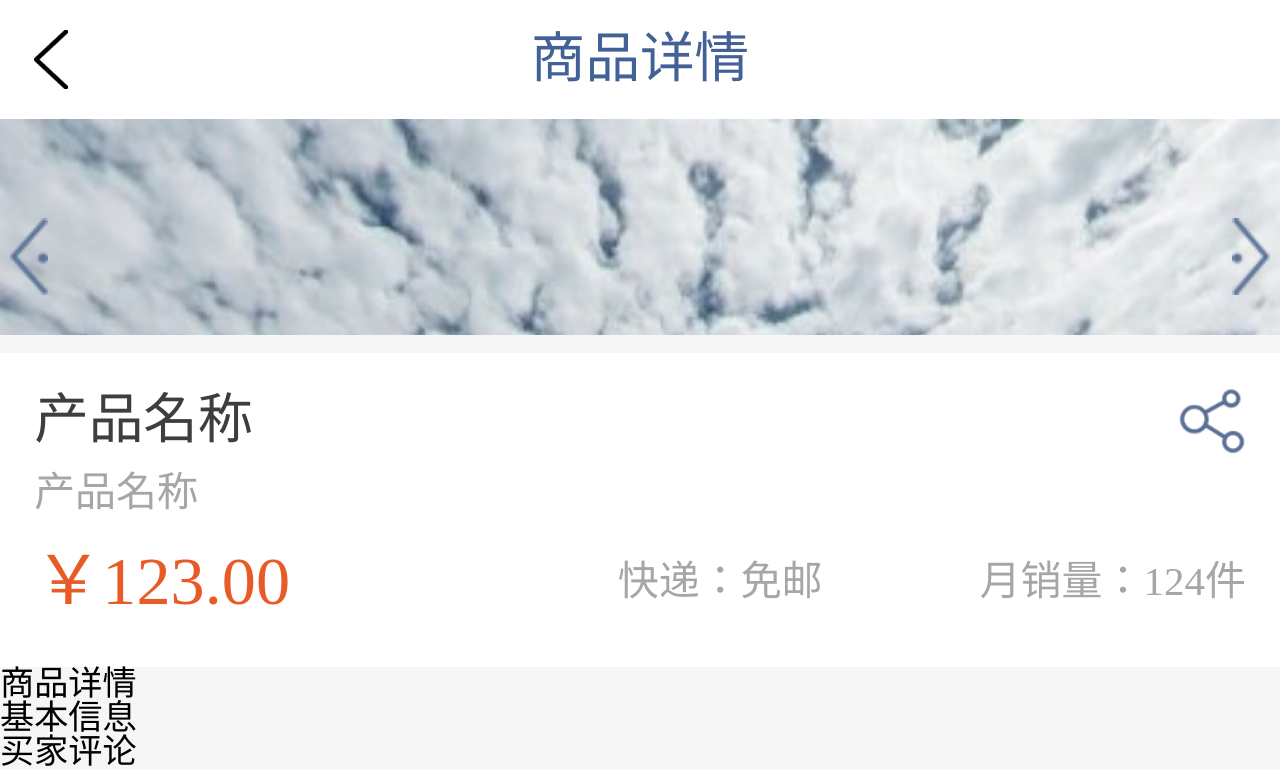
Repository: 421538074/sell
Page: consumer/goods-detail.html
These files come from the project's save history. The page is drawn as it stood at one moment and after the next save; the edit follows.
The browser window is 1280 px wide. The pictures show the whole page.

Above is the page before, as saved 2019-05-30 11:10:33.

### consumer/goods-detail.html
<!DOCTYPE html>
<html lang="en">

<head>
    <meta charset="UTF-8">
    <meta name="viewport" content="width=device-width, initial-scale=1.0">
    <meta http-equiv="X-UA-Compatible" content="ie=edge">
    <title>商品详情</title>
    <link rel="stylesheet" href="../css/base.css">
    <link rel="stylesheet" href="css/common.css">
    <link rel="stylesheet" href="../css/swiper.min.css">
    <link rel="stylesheet" href="css/goods-detail.css">
</head>

<body>
    <div id="app" class="content">
        <nav class="nav-bar-wrapper">
            <img src="../img/back.png" class="back-icon">
            <p class="nav-bar-title">商品详情</p>
        </nav>
        <div class="goods-pictures-wrapper">
            <div class="swiper-container ">
                <div class="swiper-wrapper">
                    <div class="swiper-slide" v-for="item in 5">
                        <img src="../img/1.jpg" class="slide-img" alt="">
                    </div>
                </div>
                <div class="swiper-button-next"></div>
                <div class="swiper-button-prev"></div>
            </div>
        </div>
        <div class="goods-detail-wrapper">
            <p class="main-title-wrapper">
                <span class="goods-title">产品名称</span>
                <img src="../img/share-icon.png" class="share-action-icon">
            </p>
            <p class="goods-title-desc">产品名称</p>
            <div class="goods-price-delivery">
                <p class="goods-price">￥123.00</p>
                <p class="delivery-fee">快递：免邮</p>
                <p class="sell-counts-month">月销量：124件</p>
            </div>
        </div>
        <div class="tab-bar-wrapper">
            <div @click="switchTab(0)" :class="{active:currentIndex == 0}" class="tab-bar-item">商品详情</div>
            <div @click="switchTab(1)" :class="{active:currentIndex == 1}" class="tab-bar-item">基本信息</div>
            <div @click="switchTab(2)" :class="{active:currentIndex == 2}" class="tab-bar-item">买家评论</div>
        </div>
    </div>
    <script src="../js/api.js"></script>
    <script src="../js/vue.js"></script>
    <script src="../js/swiper.min.js"></script>
    <script src="js/vue-mixin.js"></script>
    <script src="js/goods-detail.js"></script>
</body>

</html>

### css/base.css
/* http://meyerweb.com/eric/tools/css/reset/
   v2.0 | 20110126
   License: none (public domain)
*/

html,
body,
div,
span,
applet,
object,
iframe,
h1,
h2,
h3,
h4,
h5,
h6,
p,
blockquote,
pre,
a,
abbr,
acronym,
address,
big,
cite,
code,
del,
dfn,
em,
img,
ins,
kbd,
q,
s,
samp,
small,
strike,
strong,
sub,
sup,
tt,
var,
b,
u,
i,
center,
dl,
dt,
dd,
ol,
ul,
li,
fieldset,
form,
label,
legend,
table,
caption,
tbody,
tfoot,
thead,
tr,
th,
td,
article,
aside,
canvas,
details,
embed,
figure,
figcaption,
footer,
header,
hgroup,
menu,
nav,
output,
ruby,
section,
summary,
time,
mark,
audio,
video {
    margin: 0;
    padding: 0;
    border: 0;
    font-size: 100%;
    font: inherit;
    vertical-align: baseline;
}

/* HTML5 display-role reset for older browsers */
article,
aside,
details,
figcaption,
figure,
footer,
header,
hgroup,
menu,
nav,
section {
    display: block;
}

body {
    line-height: 1;
}

ol,
ul {
    list-style: none;
}

blockquote,
q {
    quotes: none;
}

blockquote:before,
blockquote:after,
q:before,
q:after {
    content: '';
    content: none;
}

table {
    border-collapse: collapse;
    border-spacing: 0;
}


body,
html {
    font-size: calc(100vw / 37.5);
    font-family: PingFangSC-Medium;
    background: #F2F2F2;
}


[v-cloak] {
    display: none;
}


hr {
    margin: 0;
    padding: 0;
}

.clearfix {
    zoom: 1;
}

.clearfix:after {
    content: ".";
    display: block;
    visibility: hidden;
    height: 0;
    clear: both;
}

[v-cloak] {
    display: none;
}

### consumer/css/common.css
*{
    box-sizing: border-box;
}
html,body{
    background: #f6f6f6;
}
html,body,div.content{
    height: 100%;
}
/*底部菜单栏*/
nav.tool-bar-wrapper {
    height: 3rem;
    background: #ffffff;
    display: flex;
    align-items: center;
    justify-content: space-around;
}
a.nav-item {
    color: #888888;
    text-decoration: none;
    font-size: 1.5rem;
    display: flex;
    flex-direction: column;
    align-items: center;
    justify-content: space-around;
    height: 90%;
}
a.nav-item.active{
    color: #0093FF;
}
img.nav-item-icon{
    width: 1.5rem;
    height: 1.5rem;
}
.ellipsis{
    overflow: hidden;
    white-space: nowrap;
    text-overflow: ellipsis;
}
/*顶部返回栏 */
nav.nav-bar-wrapper {
    background: #FFFFFF;
    height: 3.5rem;
    display: flex;
    align-items: center;
    justify-content: space-around;
    position: relative;
    font-size: 1.6rem;
    color: #426196;
}
img.back-icon {
    position: absolute;
    width: 1rem;
    left: 1rem;
}

### consumer/css/goods-detail.css
.goods-pictures-wrapper ,.swiper-container{
    max-height: 30vh;
    overflow: hidden;
}
img.slide-img{
    width: 100%;
    height: 100%;
}
.swiper-button-next, .swiper-button-prev,
.swiper-button-prev, .swiper-container-rtl .swiper-button-next{
    outline: 0;
}
.swiper-button-prev, .swiper-container-rtl .swiper-button-next{
    background-image: url(../../img/left-arrow.png);
    background-size: 100% auto;
}
.swiper-button-next, .swiper-container-rtl .swiper-button-prev {
    background-image: url(../../img/right-arrow.png);
    background-size: 100% auto;
}
.swiper-button-next, .swiper-button-prev {
    width: 3vw;
    height: 8vw;
}
.goods-detail-wrapper {
    margin-top: 0.5rem;
    background: #ffffff;
    padding: 1rem;
}
p.main-title-wrapper {
    color: #3E3E3E;
    font-size: 1.6rem;
    display: flex;
    align-items: center;
    justify-content: space-between;
}
img.share-action-icon {
    width: 2rem;
}
p.goods-title-desc {
    font-size: 1.2rem;
    color: #A6A6A6;
    padding: 0.5rem 0;
}
.goods-price-delivery {
    display: flex;
    align-items: center;
    justify-content: space-between;
    padding: 0.5rem 0;
}
p.goods-price {
    color: #E85B27;
    font-size: 2rem;
}
p.delivery-fee ,p.sell-counts-month{
    color: #A6A6A6;
    font-size: 1.2rem;
}
p.delivery-fee {
    margin-left: 5rem;
}

### js/api.js



// window.warn = {
//     alert: function alert(msg) {
//         var template = `
// `
//         $('body').append(template);
//         $('.alert-body').animate({
//             top: "40px"
//         }, 200);
//         // setTimeout(function () {
//         //     warn.close();
//         // }, 1500);
//     },
//     close: function close() {
//         $('.alert-body').animate({
//             top: "-280px"
//         }, 200);
//         setTimeout(function () {
//             $('#alert-msg').remove();
//         }, 200);
//     }
// };

### consumer/js/vue-mixin.js
Vue.mixin({
    methods: {
        /**
         * 返回
         */
        back() {
            history.go(-1);
        },
        /**
         * 限制长度
         * @param {String} 要限制长度的字段
         * @param {Number} 长度
         */
        limitLength(key, length) {
            this[key] = this[key].substring(0, length);
        },
        /**
         * 验证11位手机号
         * @param {Number} phone
         */
        validatePhone(phone) {
            const phoneReg = /^[1-9][0-9]{9}[0-9]$/;
            return phoneReg.test(phone);
        },
        /**
         * 发送手机验证码
         * @param {Number} waitTimeKey 等待时间键名
         * @param {String} tipsKey 发送验证码显示的信息的键名
         * @param {String} phoneKey 手机号键名
         * @param {String} reSendMsg  按钮默认显示的文字
         */
        sendCode(waitTimeKey, tipsKey, phoneKey, defaultMsg) {
            if (!this.validatePhone(this[phoneKey])) {
                alert('无效手机号!');
                return;
            }
            if (this[waitTimeKey] == 60) {
                $.post('', {
                        phone: this[phoneKey]
                    }, (res) => {
                        if (res.status == 1) {
                            const interval = setInterval(() => {
                                if (this[waitTimeKey] == 1) {
                                    this[waitTimeKey] = 60;
                                    this[tipsKey] = defaultMsg;
                                    clearInterval(interval);
                                    return;
                                }
                                this[waitTimeKey] -= 1;
                                this[tipsKey] = `${this[waitTimeKey]}s`;
                            }, 1000);
                        } else {
                            alert('发送失败!');
                        }
                    }, 'json')
                    .fail(err => {
                        alert('服务器异常!');
                    });
            }
        },
        /**
         * 链接跳转
         * @param {String} url
         */
        linkTo(url) {
            window.location.href = url;
        }
    },
    filters: {

    }
})

### consumer/js/goods-detail.js
new Vue({
    el: '#app',
    data() {
        return {
            currentIndex:0
        }
    },
    methods: {
        initSwiper() {
            new Swiper('.swiper-container', {
                slidesPerView: 1,
                spaceBetween: 30,
                loop: true,
                autoplay:true,
                navigation: {
                    nextEl: '.swiper-button-next',
                    prevEl: '.swiper-button-prev',
                },
            });
        },
        switchTab(index) {
            if(this.currentIndex != index) {
                this.currentIndex = index;
            }
        }
    },
    mounted() {
        this.$nextTick(() => {
            this.initSwiper();
        });
    },
});

Loaded but not shown: css/swiper.min.css (library); js/vue.js (library); js/swiper.min.js (library)

After the next save:
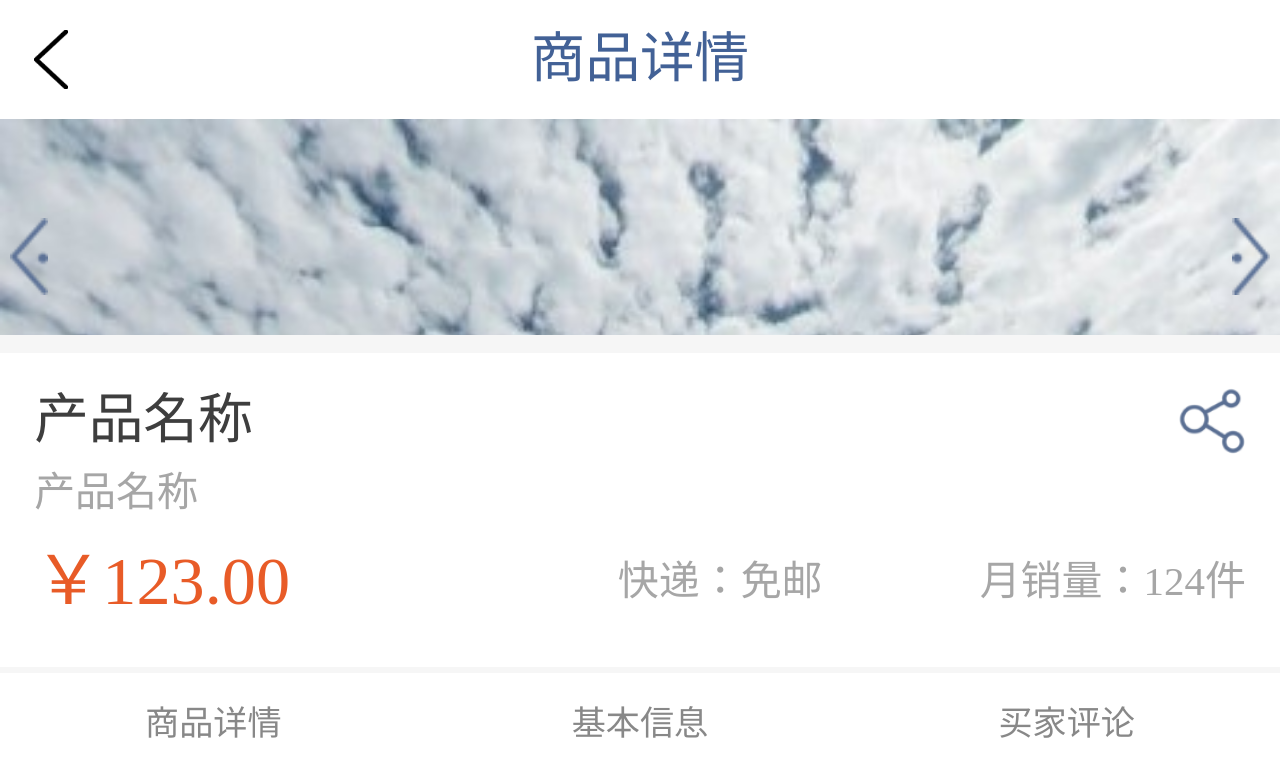
Saved 75 s later.
--- a/consumer/css/goods-detail.css
+++ b/consumer/css/goods-detail.css
@@ -59,3 +59,12 @@ p.delivery-fee ,p.sell-counts-month{
 p.delivery-fee {
     margin-left: 5rem;
 }
+.tab-bar-wrapper {
+    color: #888888;
+    display: flex;
+    align-items: center;
+    justify-content: space-around;
+    height: 3rem;
+    background: #fff;
+    margin-top: 0.2rem;
+}
